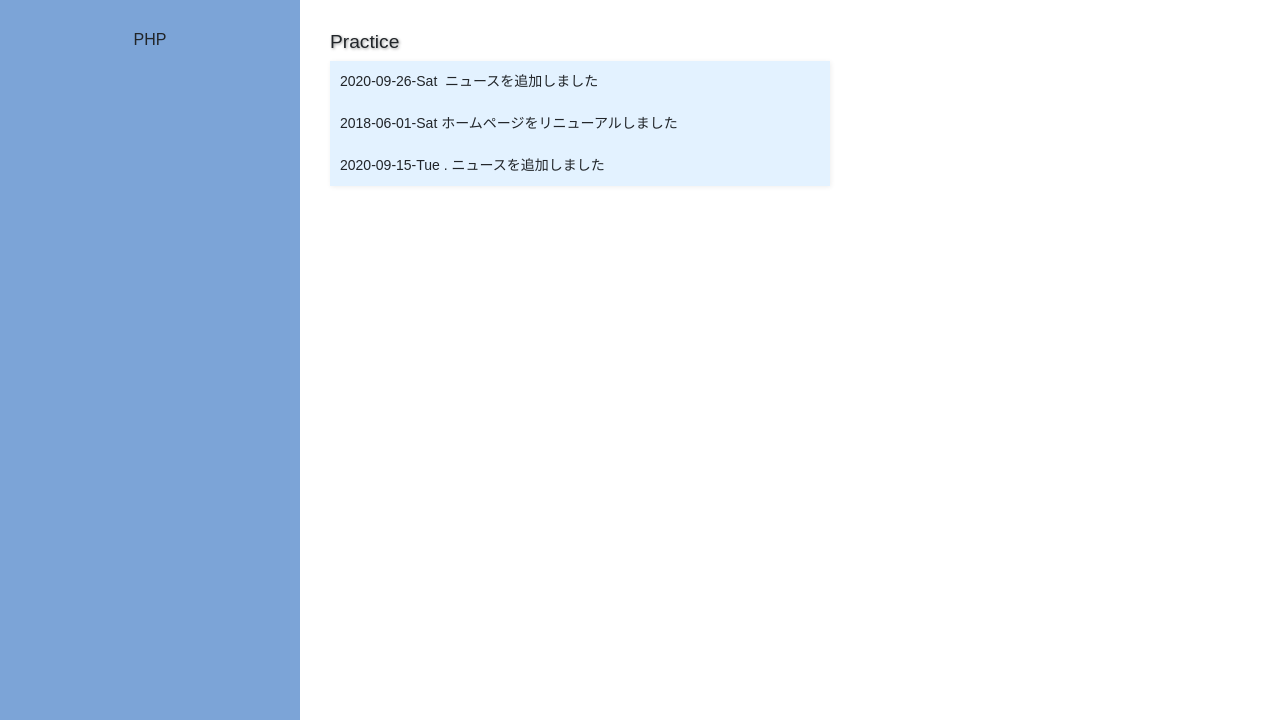
Repository: takeco/practice
Page: http://localhost/php/sample14.php
An editor plug-in stored every save of this project. The page is shown before and after a run of saves, followed by the edit.
The browser window is 1280 px wide. The pictures show the whole page.
The page is run by PHP 8.4 with error messages shown; the project is at /var/www/html/.

Above is the page before, as saved 2020-09-26 09:33:54.

### php/sample14.php
<!doctype html>
<html lang="ja">
<head>
<!-- Required meta tags -->
<meta charset="utf-8">
<meta name="viewport" content="width=device-width, initial-scale=1, shrink-to-fit=no">

<!-- Bootstrap CSS -->
<link rel="stylesheet" href="css/style.css">

<title>PHP</title>
</head>
<body>
<header>
<h1 class="font-weight-normal">PHP</h1>
</header>

<main>
<h2>Practice</h2>
<pre>
<?php
$date = date('Y-m-d-D');
$news = file_get_contents('../news_data/news.txt');
$news .= "$date . ニュースを追加しました\n";
file_put_contents('../news_data/news.txt', $news);
// readfile('../news_data/news.txt');
print($news);

// $s = $s . 'add';
// $s .= 'add';

?>
</pre>
</main>
</body>
</html>

### news_data/news.txt
2020-09-26-Sat  ニュースを追加しました

2018-06-01-Sat ホームページをリニューアルしました

### php/css/style.css
@import url(bootstrap.min.css);

body,
pre {
  font-family: "游ゴシック Medium", "游ゴシック体", "Yu Gothic Medium", YuGothic, sans-serif;
}
header {
  text-align: center;
  position: fixed;
  top: 0;
  left: 0;
  width: 300px;
  height: 100vh;
  background-color: #7CA4D7
}
header h1 {
  font-size: 100%;
  margin-top: 30px;
}
header h1 span {
  display: block;
}
main {
  margin-left: 300px;
  padding: 30px;
}
main h2 {
  font-size: 120%;
  text-shadow: 1px 1px 3px #999;
}
main h2 img {
  height: 1em;
}
pre {
  min-height: 100px;
  padding: 10px;
  background-color: #e3f2ff;
  box-shadow: 1px 1px 5px #eee;
  width: 500px;
}
hr {
  border-color: #7CA4D7;
}
.content {
  margin-top: 30px;
}
form {
  margin-top: 50px;
}
time {
  color: #999;
  font-size: 80%;
}
article {
  margin-top: 30px;
}

/* .row-indication{
  font-size: 30px;
  display: flex;
  flex-direction: row;
} */

Loaded but not shown: php/css/bootstrap.min.css (library)

After the next 2 saves:
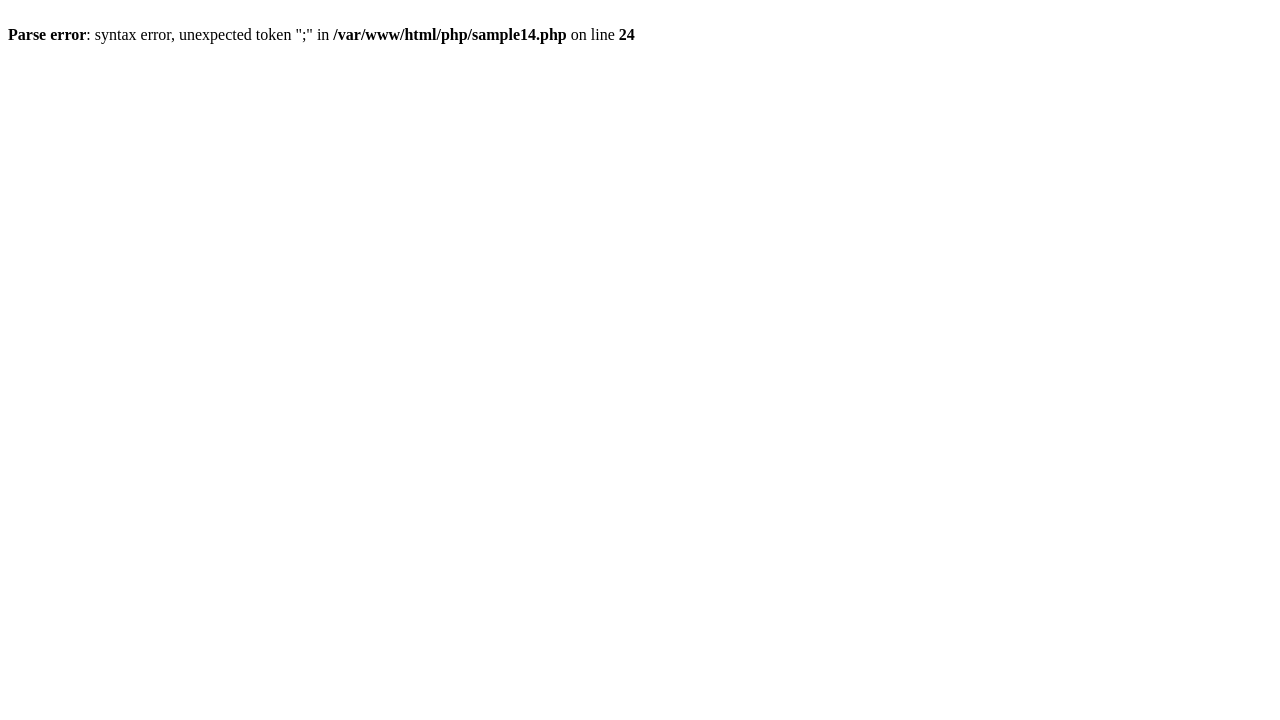
The 2 saves are shown as one change because they came seconds apart.
The last was saved 56 s later.
--- a/php/sample14.php
+++ b/php/sample14.php
@@ -21,7 +21,7 @@
 <?php
 $date = date('Y-m-d-D');
 $news = file_get_contents('../news_data/news.txt');
-$news .= "$date . ニュースを追加しました\n";
+$news = "$date . ニュースを追加しました\n" .;
 file_put_contents('../news_data/news.txt', $news);
 // readfile('../news_data/news.txt');
 print($news);

After the 4 saves that followed:
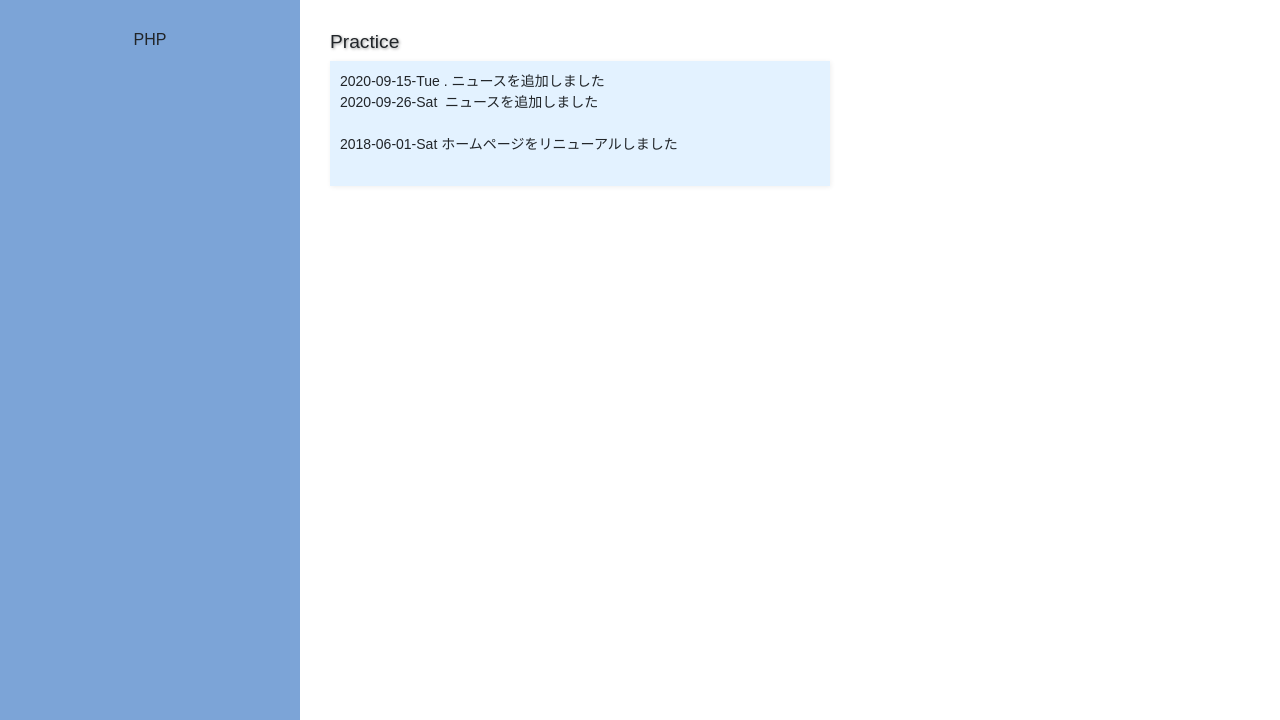
The 4 saves are shown as one change because they came seconds apart.
The last was saved 11 s later.
--- a/php/sample14.php
+++ b/php/sample14.php
@@ -21,7 +21,7 @@
 <?php
 $date = date('Y-m-d-D');
 $news = file_get_contents('../news_data/news.txt');
-$news = "$date . ニュースを追加しました\n" .;
+$news = "$date . ニュースを追加しました\n" . $news;
 file_put_contents('../news_data/news.txt', $news);
 // readfile('../news_data/news.txt');
 print($news);
